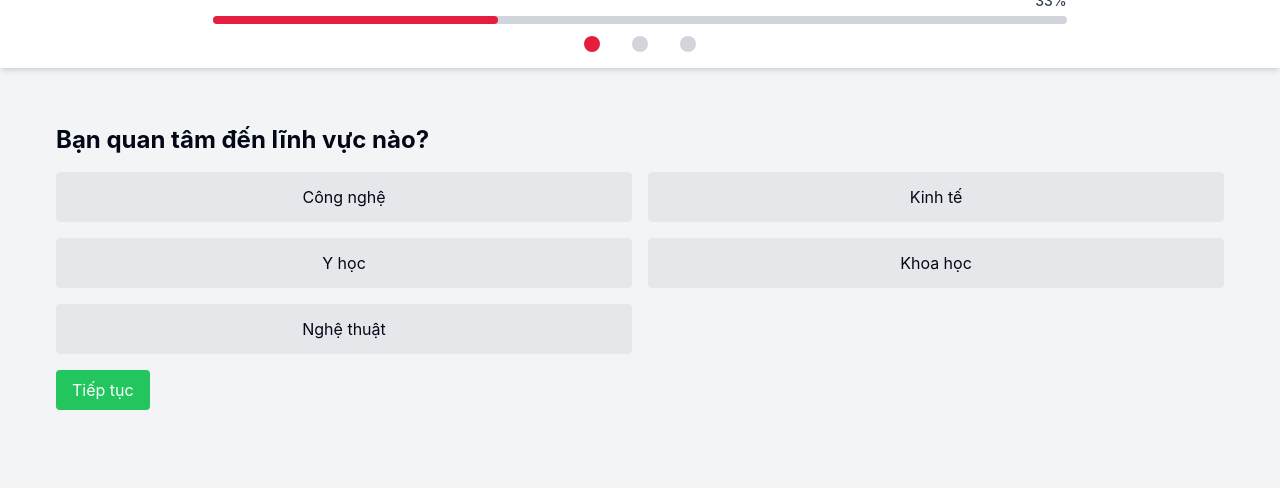
Repository: nguyenbathevien/KLTN
Page: /survey/step1 (app in FE/client/)
An editor plug-in stored every save of this project. The page is shown before and after the next save, followed by the edit.
The browser window is 1280 px wide. The pictures show the whole page.
The page's requests for data from a server got no answer. The project was rebuilt for these pictures with package versions that can differ from the ones it lists, and the page was loaded fresh each time. No one was signed in, and anything a server would have sent is missing. Also part of the build but not shown: FE/client/vite.config.js, FE/client/src/components/common/Header/Header.jsx, FE/client/src/components/common/Footer/Footer.jsx, FE/client/src/components/common/Layout/TeacherLayout.jsx, FE/client/src/pages/teacher/DashboardTeacher.jsx, FE/client/src/pages/teacher/CourseManagement.jsx, FE/client/src/pages/teacher/Statistics.jsx, FE/client/src/pages/teacher/Profile.jsx and 22 more.

Above is the page before, as saved 2025-03-14 09:08:16.

After the next save:
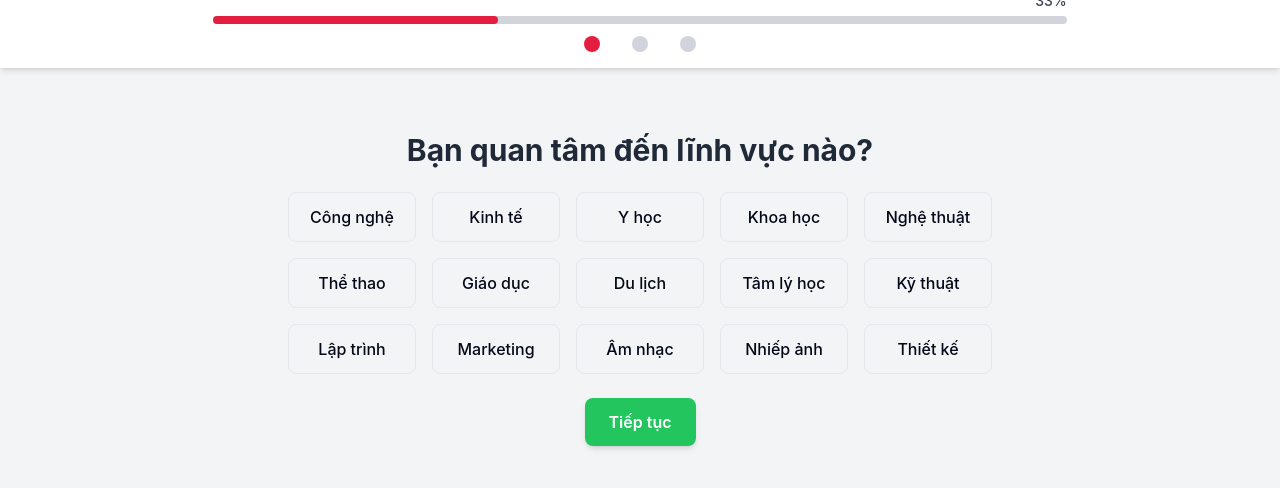
Saved 118 s later.
--- a/FE/client/src/pages/survay/SurveyStep1.jsx
+++ b/FE/client/src/pages/survay/SurveyStep1.jsx
@@ -1,5 +1,24 @@
 import { useState, useEffect } from "react";
 import { useNavigate } from "react-router-dom";
+import { motion } from "framer-motion";
+
+const interestsList = [
+  "Công nghệ",
+  "Kinh tế",
+  "Y học",
+  "Khoa học",
+  "Nghệ thuật",
+  "Thể thao",
+  "Giáo dục",
+  "Du lịch",
+  "Tâm lý học",
+  "Kỹ thuật",
+  "Lập trình",
+  "Marketing",
+  "Âm nhạc",
+  "Nhiếp ảnh",
+  "Thiết kế",
+];
 
 const SurveyStep1 = () => {
   const navigate = useNavigate();
@@ -16,37 +35,44 @@ const SurveyStep1 = () => {
   const handleNext = () => navigate("/survey/step2");
 
   return (
-    <div className="p-6">
-      <h2 className="text-2xl font-bold">Bạn quan tâm đến lĩnh vực nào?</h2>
-      <div className="grid grid-cols-2 gap-4 mt-4">
-        {["Công nghệ", "Kinh tế", "Y học", "Khoa học", "Nghệ thuật"].map(
-          (item) => (
-            <button
-              key={item}
-              className={`p-3 border rounded ${
-                interests.includes(item)
-                  ? "bg-blue-500 text-white"
-                  : "bg-gray-200"
-              }`}
-              onClick={() =>
-                setInterests((prev) =>
-                  prev.includes(item)
-                    ? prev.filter((i) => i !== item)
-                    : [...prev, item]
-                )
-              }
-            >
-              {item}
-            </button>
-          )
-        )}
+    <div className="p-8 max-w-3xl mx-auto">
+      <h2 className="text-3xl font-bold text-gray-800 text-center mb-6">
+        Bạn quan tâm đến lĩnh vực nào?
+      </h2>
+
+      <div className="grid grid-cols-3 sm:grid-cols-4 md:grid-cols-5 gap-4">
+        {interestsList.map((item) => (
+          <motion.button
+            key={item}
+            whileTap={{ scale: 0.9 }}
+            className={`p-3 border rounded-lg text-center font-medium transition duration-300 ${
+              interests.includes(item)
+                ? "bg-primary text-white shadow-lg"
+                : "bg-gray-100 hover:bg-gray-200"
+            }`}
+            onClick={() =>
+              setInterests((prev) =>
+                prev.includes(item)
+                  ? prev.filter((i) => i !== item)
+                  : [...prev, item]
+              )
+            }
+          >
+            {item}
+          </motion.button>
+        ))}
       </div>
-      <button
-        className="mt-4 bg-green-500 text-white px-4 py-2 rounded"
-        onClick={handleNext}
-      >
-        Tiếp tục
-      </button>
+
+      <div className="flex justify-center mt-6">
+        <motion.button
+          whileHover={{ scale: 1.1 }}
+          whileTap={{ scale: 0.9 }}
+          className="bg-green-500 text-white px-6 py-3 rounded-lg font-semibold shadow-md transition"
+          onClick={handleNext}
+        >
+          Tiếp tục
+        </motion.button>
+      </div>
     </div>
   );
 };
